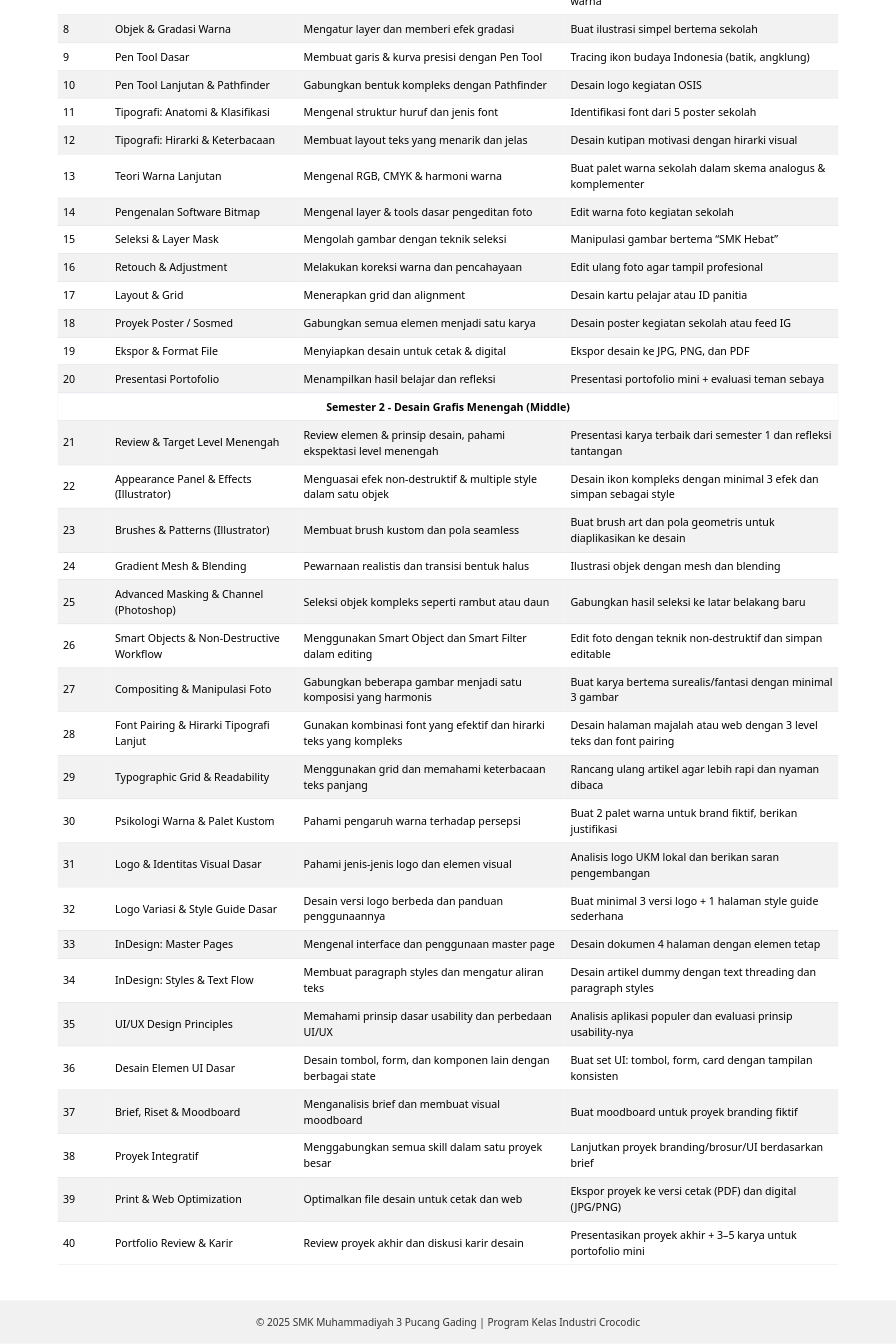
Repository: ppdbsmkmutipuga/kurikulumdesain
Page: index.html
These files come from the project's save history. The page is drawn as it stood at one moment and after the next save; the edit follows.
The browser window is 1280 px wide. The pictures show the part of the page from y = 981 to 2901 px (the page is 2901 px tall), at 70% of full size.

Above is the page before, as saved 2025-07-01 05:16:50.

### index.html
<!DOCTYPE html>
<html lang="id">

<head>
    <meta charset="UTF-8" />
    <meta name="viewport" content="width=device-width, initial-scale=1.0" />
    <title>Kurikulum Desain Grafis - SMK Mutipuga</title>
    <link href="https://cdn.jsdelivr.net/npm/bootstrap@5.3.3/dist/css/bootstrap.min.css" rel="stylesheet" />
    <link href="https://cdnjs.cloudflare.com/ajax/libs/aos/2.3.4/aos.css" rel="stylesheet" />
    <link href="https://cdn.jsdelivr.net/npm/bootstrap-icons@1.10.5/font/bootstrap-icons.css" rel="stylesheet">
    <link rel="stylesheet" href="style.css">
    <script src="https://cdnjs.cloudflare.com/ajax/libs/html2pdf.js/0.10.1/html2pdf.bundle.min.js"></script>

</head>

<body>
    <button class="btn btn-outline-dark mode-toggle" onclick="toggleMode()">
        <i class="bi bi-moon-stars-fill"></i>
    </button>

    <!-- Hero Section -->
    <section class="hero" data-aos="fade-down">
        <div class="container">
            <h1>Kurikulum Desain Grafis Dasar</h1>
            <p class="lead">Kurikulum Industri</p>
        </div>
    </section>

    <!-- Table Section -->
    <section class="container my-5" data-aos="fade-up">
        <h5 class="section-title text-center">
            Kurikulum ini dirancang khusus untuk memenuhi kebutuhan industri kreatif masa kini.
            Selama proses pembelajaran, siswa akan dibimbing langsung oleh praktisi industri yang berpengalaman,
            sehingga materi yang dipelajari relevan dengan standar dunia kerja.
            Fokus utama praktik mencakup desain digital, branding, dan portofolio kreatif berbasis proyek nyata.
        </h5>

        <div class="filter-buttons">
            <button class="btn btn-outline-primary" onclick="filterSemester(1)">Semester 1</button>
            <button class="btn btn-outline-success" onclick="filterSemester(2)">Semester 2</button>
            <button class="btn btn-outline-secondary" onclick="filterSemester(0)">Tampilkan Semua</button>
        </div>
        <div class="text-end my-3">
            <button class="btn btn-danger" onclick="downloadPDF()">
                <i class="bi bi-file-earmark-arrow-down-fill"></i> Unduh PDF
            </button>
        </div>

        <div id="pdf-content">
            <div class="table-container">
                <div class="table-responsive">
                    <table class="table table-striped table-hover align-middle mb-0" id="kurikulumTable">
                        <thead class="table-dark">
                            <tr>
                                <th scope="col">Minggu</th>
                                <th scope="col">Materi</th>
                                <th scope="col">Tujuan Pembelajaran</th>
                                <th scope="col">Proyek / Tugas</th>
                            </tr>
                        </thead>
                        <tbody>

                            <!-- Data rows akan di-load lewat JS -->
                        </tbody>
                    </table>
                </div>
            </div>
    </section>

    <!-- Footer -->
    <footer>
        &copy; 2025 SMK Muhammadiyah 3 Pucang Gading | Program Kelas Industri Crocodic
    </footer>

    <!-- Scripts -->
    <script src="https://cdn.jsdelivr.net/npm/bootstrap@5.3.3/dist/js/bootstrap.bundle.min.js"></script>
    <script src="https://cdnjs.cloudflare.com/ajax/libs/aos/2.3.4/aos.js"></script>
    <script src="script.js"></script>
</body>

</html>

### style.css
/* =========================
   HERO SECTION
========================= */
.hero {
  padding: 60px 0;
  background: linear-gradient(135deg, #e3f2fd, #bbdefb);
  text-align: center;
}

.hero h1 {
  font-weight: 700;
  font-size: 2.5rem;
  color: #0d47a1;
}

.hero p {
  font-size: 1.25rem;
  color: #333;
}

body.bg-dark .hero {
  background: linear-gradient(135deg, #1e1e1e, #2c2c2c);
}

body.bg-dark .hero h1 {
  color: #90caf9;
}

body.bg-dark .hero p {
  color: #cccccc;
}

/* =========================
   FILTER BUTTONS
========================= */
.filter-buttons {
  text-align: center;
  margin: 20px 0;
}

.filter-buttons .btn {
  margin: 5px;
}

body.bg-dark .btn-outline-primary {
  color: #90caf9;
  border-color: #90caf9;
}

body.bg-dark .btn-outline-success {
  color: #81c784;
  border-color: #81c784;
}

body.bg-dark .btn-outline-secondary {
  color: #b0bec5;
  border-color: #b0bec5;
}

/* =========================
   TABLE SECTION
========================= */
.table-container {
  overflow-x: auto;
}

.table th,
.table td {
  vertical-align: middle !important;
  font-size: 0.95rem;
}

/* Baris header semester (custom row) */
.table .table-header-row {
  background-color: #cce5ff;
  font-weight: 600;
  text-align: center;
}

body.bg-dark .table .table-header-row {
  background-color: #2c3e50;
  color: #ffffff !important;
}

/* DARK MODE TABLE FIX */
body.bg-dark .table,
body.bg-dark .table td,
body.bg-dark .table th {
  color: #f1f1f1 !important;
  background-color: transparent !important;
  opacity: 1 !important;
}

body.bg-dark .table-striped tbody tr:nth-of-type(odd) {
  background-color: #2c2c2c !important;
}

body.bg-dark .table-striped tbody tr:nth-of-type(even) {
  background-color: #1a1a1a !important;
}

body.bg-dark .table-hover tbody tr:hover {
  background-color: #3a3a3a !important;
}

body.bg-dark .table thead th {
  background-color: #111 !important;
  color: #fff !important;
  border-color: #444 !important;
}

body.bg-dark .table-primary {
  background-color: #455a64 !important;
  color: #fff !important;
}

/* =========================
   FOOTER
========================= */
footer {
  padding: 20px;
  text-align: center;
  background-color: #f1f1f1;
  margin-top: 50px;
  font-size: 0.9rem;
  color: #333;
}

body.bg-dark footer {
  background-color: #1e1e1e;
  color: #e0e0e0;
}

/* =========================
   MODE TOGGLE BUTTON
========================= */
.mode-toggle {
  position: fixed;
  top: 15px;
  right: 15px;
  z-index: 1000;
  border-radius: 50%;
  width: 48px;
  height: 48px;
  display: flex;
  align-items: center;
  justify-content: center;
  background-color: #f0f0f0;
  color: #333;
  border: 1px solid #ccc;
}

/* Header tabel semester */
.table-header-row {
  background-color: #cce5ff;
  /* mode terang */
  color: #0d47a1;
}

/* Ubah header semester agar lebih gelap dan teks lebih jelas di dark mode */
body.bg-dark .table-header-row {
  background-color: #37474f;
  /* warna gelap yang elegan */
  color: #ffffff;
}

body.bg-dark .mode-toggle {
  background-color: #333;
  color: #fff;
  border: 1px solid #666;
}

/* Footer default */
footer {
  padding: 20px;
  text-align: center;
  background-color: #f1f1f1;
  margin-top: 50px;
  font-size: 0.9rem;
  color: #333;
}

/* Footer saat dark mode */
body.bg-dark footer {
  background-color: #1e1e1e;
  color: #ccc;
}


/* =========================
   RESPONSIVE
========================= */
@media (max-width: 768px) {
  .hero h1 {
    font-size: 1.8rem;
  }

  .hero p {
    font-size: 1rem;
  }

  .table th,
  .table td {
    font-size: 0.85rem;
  }
}

@media (max-width: 576px) {
  .mode-toggle {
    width: 40px;
    height: 40px;
  }

  .hero {
    padding: 40px 0;
  }
}

@media print {
  body {
    background: #fff !important;
    color: #000 !important;
  }

  .mode-toggle,
  .filter-buttons,
  footer {
    display: none !important;
  }

  .table th,
  .table td {
    font-size: 0.75rem;
  }
}

@media print {

  html,
  body {
    width: 210mm;
    height: 297mm;
    margin: 0;
    padding: 0;
    overflow: hidden;
    zoom: 0.75;
    /* Sesuaikan skala agar muat ke PDF */
  }

  .table-container {
    overflow: visible !important;
  }

  .table-responsive {
    overflow: visible !important;
  }

  table {
    table-layout: fixed;
    width: 100% !important;
    word-wrap: break-word;
  }

  .table td,
  .table th {
    font-size: 10pt !important;
    padding: 6px 8px;
    white-space: normal !important;
  }

  .filter-buttons,
  .mode-toggle,
  footer {
    display: none !important;
  }
}

### script.js
// Inisialisasi animasi AOS
AOS.init();

// Data lengkap Week 1–40
const tableData = [
    { week: 'Semester 1 - Dasar Desain Grafis', isHeader: true, semester: 1 },
    { week: 1, materi: 'Pengenalan Desain Grafis & Dunia Kerja Kreatif', tujuan: 'Memahami peran desain dalam industri & kehidupan', tugas: 'Tulis artikel: “Apa itu desain grafis dan kenapa penting?”', semester: 1 },
    { week: 2, materi: 'Elemen Visual: Garis, Bentuk, Tekstur', tujuan: 'Mengenal dan membuat elemen visual dasar', tugas: 'Desain stiker sederhana bertema sekolah', semester: 1 },
    { week: 3, materi: 'Ruang, Ukuran, Warna', tujuan: 'Memahami ruang, ukuran dan teori warna dasar', tugas: 'Analisis poster PPDB Mutipuga dari segi ruang & proporsi', semester: 1 },
    { week: 4, materi: 'Keseimbangan & Kontras', tujuan: 'Mengatur keseimbangan simetris/asimetris & kontras', tugas: 'Desain brosur satu halaman bertema ekstrakurikuler', semester: 1 },
    { week: 5, materi: 'Penekanan, Irama, Pola', tujuan: 'Mengatur perhatian visual melalui elemen penekanan', tugas: 'Desain cover majalah siswa yang menarik perhatian', semester: 1 },
    { week: 6, materi: 'Kesatuan & Proporsi', tujuan: 'Menciptakan harmoni dan keselarasan visual', tugas: 'Desain spanduk hari besar nasional', semester: 1 },
    { week: 7, materi: 'Pengenalan Software Vektor', tujuan: 'Mengenal tools dasar pada software desain vektor', tugas: 'Replika logo sekolah menggunakan shape dan warna', semester: 1 },
    { week: 8, materi: 'Objek & Gradasi Warna', tujuan: 'Mengatur layer dan memberi efek gradasi', tugas: 'Buat ilustrasi simpel bertema sekolah', semester: 1 },
    { week: 9, materi: 'Pen Tool Dasar', tujuan: 'Membuat garis & kurva presisi dengan Pen Tool', tugas: 'Tracing ikon budaya Indonesia (batik, angklung)', semester: 1 },
    { week: 10, materi: 'Pen Tool Lanjutan & Pathfinder', tujuan: 'Gabungkan bentuk kompleks dengan Pathfinder', tugas: 'Desain logo kegiatan OSIS', semester: 1 },
    { week: 11, materi: 'Tipografi: Anatomi & Klasifikasi', tujuan: 'Mengenal struktur huruf dan jenis font', tugas: 'Identifikasi font dari 5 poster sekolah', semester: 1 },
    { week: 12, materi: 'Tipografi: Hirarki & Keterbacaan', tujuan: 'Membuat layout teks yang menarik dan jelas', tugas: 'Desain kutipan motivasi dengan hirarki visual', semester: 1 },
    { week: 13, materi: 'Teori Warna Lanjutan', tujuan: 'Mengenal RGB, CMYK & harmoni warna', tugas: 'Buat palet warna sekolah dalam skema analogus & komplementer', semester: 1 },
    { week: 14, materi: 'Pengenalan Software Bitmap', tujuan: 'Mengenal layer & tools dasar pengeditan foto', tugas: 'Edit warna foto kegiatan sekolah', semester: 1 },
    { week: 15, materi: 'Seleksi & Layer Mask', tujuan: 'Mengolah gambar dengan teknik seleksi', tugas: 'Manipulasi gambar bertema “SMK Hebat”', semester: 1 },
    { week: 16, materi: 'Retouch & Adjustment', tujuan: 'Melakukan koreksi warna dan pencahayaan', tugas: 'Edit ulang foto agar tampil profesional', semester: 1 },
    { week: 17, materi: 'Layout & Grid', tujuan: 'Menerapkan grid dan alignment', tugas: 'Desain kartu pelajar atau ID panitia', semester: 1 },
    { week: 18, materi: 'Proyek Poster / Sosmed', tujuan: 'Gabungkan semua elemen menjadi satu karya', tugas: 'Desain poster kegiatan sekolah atau feed IG', semester: 1 },
    { week: 19, materi: 'Ekspor & Format File', tujuan: 'Menyiapkan desain untuk cetak & digital', tugas: 'Ekspor desain ke JPG, PNG, dan PDF', semester: 1 },
    { week: 20, materi: 'Presentasi Portofolio', tujuan: 'Menampilkan hasil belajar dan refleksi', tugas: 'Presentasi portofolio mini + evaluasi teman sebaya', semester: 1 },
    { week: 'Semester 2 - Desain Grafis Menengah (Middle)', isHeader: true, semester: 2 },
    { week: 21, materi: 'Review & Target Level Menengah', tujuan: 'Review elemen & prinsip desain, pahami ekspektasi level menengah', tugas: 'Presentasi karya terbaik dari semester 1 dan refleksi tantangan', semester: 2 },
    { week: 22, materi: 'Appearance Panel & Effects (Illustrator)', tujuan: 'Menguasai efek non-destruktif & multiple style dalam satu objek', tugas: 'Desain ikon kompleks dengan minimal 3 efek dan simpan sebagai style', semester: 2 },
    { week: 23, materi: 'Brushes & Patterns (Illustrator)', tujuan: 'Membuat brush kustom dan pola seamless', tugas: 'Buat brush art dan pola geometris untuk diaplikasikan ke desain', semester: 2 },
    { week: 24, materi: 'Gradient Mesh & Blending', tujuan: 'Pewarnaan realistis dan transisi bentuk halus', tugas: 'Ilustrasi objek dengan mesh dan blending', semester: 2 },
    { week: 25, materi: 'Advanced Masking & Channel (Photoshop)', tujuan: 'Seleksi objek kompleks seperti rambut atau daun', tugas: 'Gabungkan hasil seleksi ke latar belakang baru', semester: 2 },
    { week: 26, materi: 'Smart Objects & Non-Destructive Workflow', tujuan: 'Menggunakan Smart Object dan Smart Filter dalam editing', tugas: 'Edit foto dengan teknik non-destruktif dan simpan editable', semester: 2 },
    { week: 27, materi: 'Compositing & Manipulasi Foto', tujuan: 'Gabungkan beberapa gambar menjadi satu komposisi yang harmonis', tugas: 'Buat karya bertema surealis/fantasi dengan minimal 3 gambar', semester: 2 },
    { week: 28, materi: 'Font Pairing & Hirarki Tipografi Lanjut', tujuan: 'Gunakan kombinasi font yang efektif dan hirarki teks yang kompleks', tugas: 'Desain halaman majalah atau web dengan 3 level teks dan font pairing', semester: 2 },
    { week: 29, materi: 'Typographic Grid & Readability', tujuan: 'Menggunakan grid dan memahami keterbacaan teks panjang', tugas: 'Rancang ulang artikel agar lebih rapi dan nyaman dibaca', semester: 2 },
    { week: 30, materi: 'Psikologi Warna & Palet Kustom', tujuan: 'Pahami pengaruh warna terhadap persepsi', tugas: 'Buat 2 palet warna untuk brand fiktif, berikan justifikasi', semester: 2 },
    { week: 31, materi: 'Logo & Identitas Visual Dasar', tujuan: 'Pahami jenis-jenis logo dan elemen visual', tugas: 'Analisis logo UKM lokal dan berikan saran pengembangan', semester: 2 },
    { week: 32, materi: 'Logo Variasi & Style Guide Dasar', tujuan: 'Desain versi logo berbeda dan panduan penggunaannya', tugas: 'Buat minimal 3 versi logo + 1 halaman style guide sederhana', semester: 2 },
    { week: 33, materi: 'InDesign: Master Pages', tujuan: 'Mengenal interface dan penggunaan master page', tugas: 'Desain dokumen 4 halaman dengan elemen tetap', semester: 2 },
    { week: 34, materi: 'InDesign: Styles & Text Flow', tujuan: 'Membuat paragraph styles dan mengatur aliran teks', tugas: 'Desain artikel dummy dengan text threading dan paragraph styles', semester: 2 },
    { week: 35, materi: 'UI/UX Design Principles', tujuan: 'Memahami prinsip dasar usability dan perbedaan UI/UX', tugas: 'Analisis aplikasi populer dan evaluasi prinsip usability-nya', semester: 2 },
    { week: 36, materi: 'Desain Elemen UI Dasar', tujuan: 'Desain tombol, form, dan komponen lain dengan berbagai state', tugas: 'Buat set UI: tombol, form, card dengan tampilan konsisten', semester: 2 },
    { week: 37, materi: 'Brief, Riset & Moodboard', tujuan: 'Menganalisis brief dan membuat visual moodboard', tugas: 'Buat moodboard untuk proyek branding fiktif', semester: 2 },
    { week: 38, materi: 'Proyek Integratif', tujuan: 'Menggabungkan semua skill dalam satu proyek besar', tugas: 'Lanjutkan proyek branding/brosur/UI berdasarkan brief', semester: 2 },
    { week: 39, materi: 'Print & Web Optimization', tujuan: 'Optimalkan file desain untuk cetak dan web', tugas: 'Ekspor proyek ke versi cetak (PDF) dan digital (JPG/PNG)', semester: 2 },
    { week: 40, materi: 'Portfolio Review & Karir', tujuan: 'Review proyek akhir dan diskusi karir desain', tugas: 'Presentasikan proyek akhir + 3–5 karya untuk portofolio mini', semester: 2 },
];

const tbody = document.querySelector('#kurikulumTable tbody');

function renderTable(filter) {
    tbody.innerHTML = '';
    let hasPrintedSemester1Header = false;
    let hasPrintedSemester2Header = false;
    tableData.forEach(row => {
        if (filter === 0 || row.semester === filter || row.isHeader) {
            if (row.isHeader) {
                if ((filter === 1 && row.semester === 1 && !hasPrintedSemester1Header) ||
                    (filter === 2 && row.semester === 2 && !hasPrintedSemester2Header) ||
                    filter === 0) {
                    const tr = document.createElement('tr');
                    tr.className = 'table-header-row text-center fw-bold';
                    const td = document.createElement('td');
                    td.setAttribute('colspan', 4);
                    td.textContent = row.week;
                    tr.appendChild(td);
                    tbody.appendChild(tr);
                    if (row.semester === 1) hasPrintedSemester1Header = true;
                    if (row.semester === 2) hasPrintedSemester2Header = true;
                }
            } else {
                if (filter === 0 || row.semester === filter) {
                    const tr = document.createElement('tr');
                    tr.innerHTML = `
            <td>${row.week}</td>
            <td>${row.materi}</td>
            <td>${row.tujuan}</td>
            <td>${row.tugas}</td>
          `;
                    tbody.appendChild(tr);
                }
            }
        }
    });
}

function filterSemester(semester) {
    renderTable(semester);
}

function toggleMode() {
    document.body.classList.toggle('bg-dark');
    document.body.classList.toggle('text-white');
}

renderTable(0);


function downloadPDF() {
    const element = document.getElementById("pdf-content");
    const opt = {
        margin: 0.2,
        filename: "kurikulum-desain-grafis.pdf",
        image: { type: "jpeg", quality: 0.98 },
        html2canvas: {
            scale: 3,        // Lebih tajam
            useCORS: true,   // Jika ada gambar
            allowTaint: true
        },
        jsPDF: {
            unit: "mm",
            format: "a4",
            orientation: "portrait"
        },
        pagebreak: { mode: ['avoid-all', 'css', 'legacy'] }
    };
    html2pdf().set(opt).from(element).save();
}

After the next save:
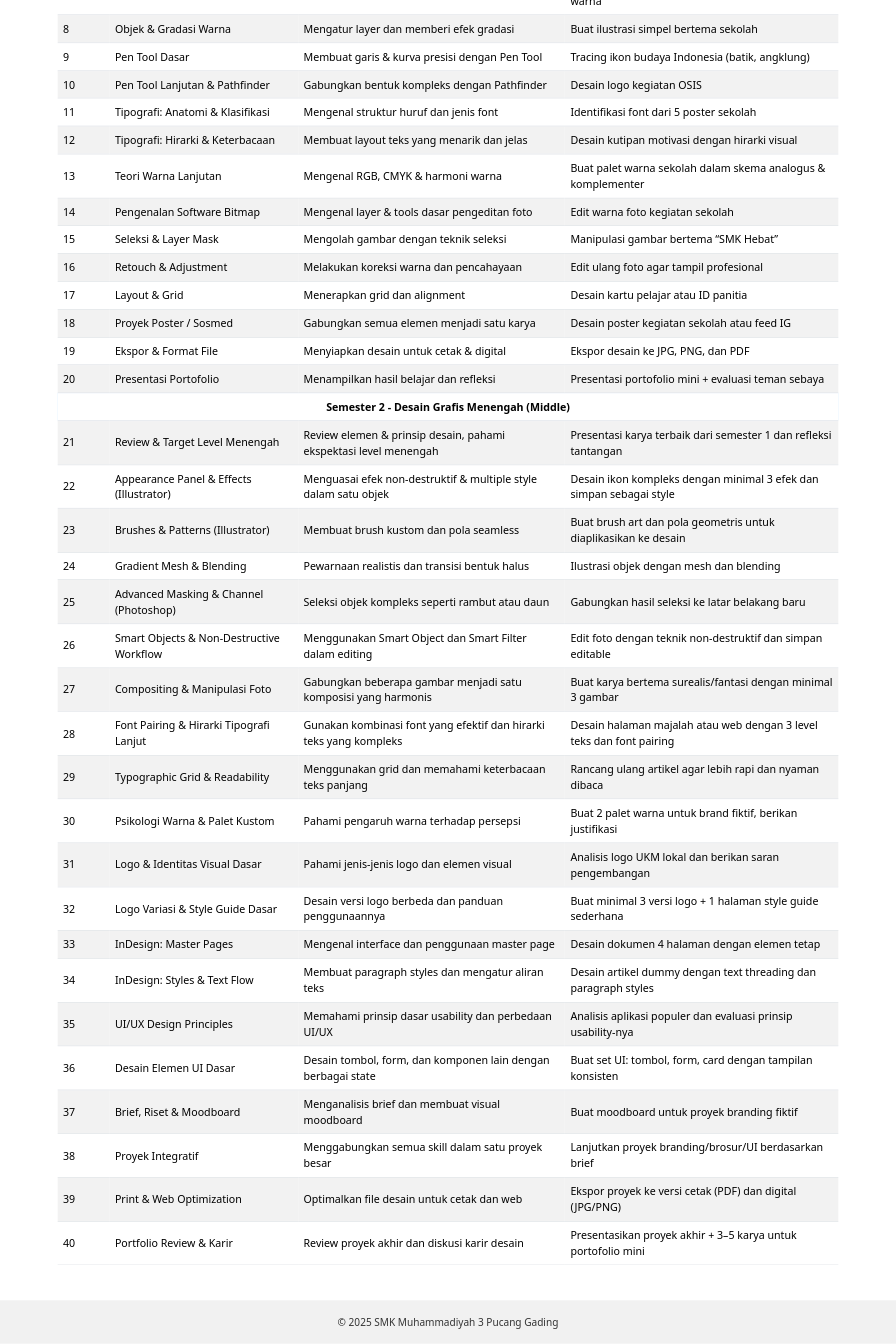
Saved 20 s later.
--- a/index.html
+++ b/index.html
@@ -69,7 +69,7 @@
 
     <!-- Footer -->
     <footer>
-        &copy; 2025 SMK Muhammadiyah 3 Pucang Gading | Program Kelas Industri Crocodic
+        &copy; 2025 SMK Muhammadiyah 3 Pucang Gading
     </footer>
 
     <!-- Scripts -->
